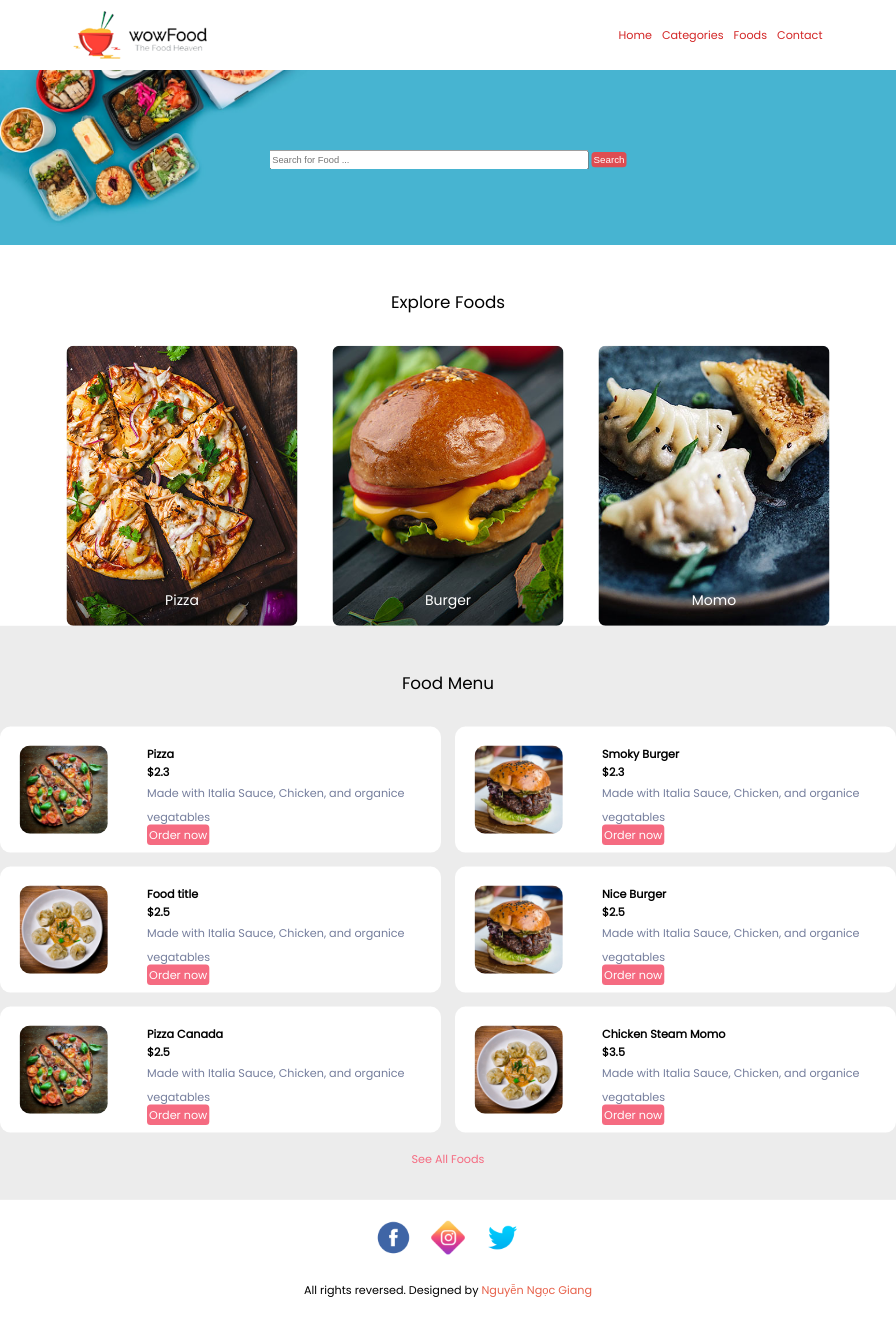
Repository: ruaruababa/WowFood
Page: index.html
An editor plug-in stored every save of this project. The page is shown before and after the next save, followed by the edit.
The browser window is 1280 px wide. The pictures show the whole page, at 70% of full size.

Above is the page before, as saved 2021-09-18 11:16:33.

### index.html
<!DOCTYPE html>
<html lang="en">

<head>
    <meta charset="UTF-8" />
    <meta http-equiv="X-UA-Compatible" content="IE=edge" />
    <meta name="viewport" content="width=device-width, initial-scale=1.0" />
    <title>Document</title>
    <link rel="stylesheet" href="./style.css" />
    <link rel="stylesheet" href="./reset.css" />
    <link rel="preconnect" href="https://fonts.googleapis.com" />
    <link rel="preconnect" href="https://fonts.gstatic.com" crossorigin />
    <link href="https://fonts.googleapis.com/css2?family=Poppins:wght@400&display=swap" rel="stylesheet" />
</head>

<body>
    <header>
        <div class="container-header">
            <div class="header-left">
                <img src="./img/logo.png" alt="" />
            </div>
            <div class="header-right">
                <ul class="nav">
                    <li class="item"><a href="">Home</a></li>
                    <li class="item"><a href="">Categories</a></li>
                    <li class="item"><a href="">Foods</a></li>
                    <li class="item"><a href="">Contact</a></li>
                </ul>
            </div>
        </div>
    </header>
    <nav>
        <div class="container-nav">
            <div class="background-search">
                <img src="./img/bg.jpg" alt="bgr-search" />
            </div>
            <div class="form">
                <input type="text" placeholder="Search for Food ..." class="input-search" />
                <!-- <button class="btn-search">Search</button> -->
                <input type="button" value="Search" class="btn-search" />
            </div>
        </div>
    </nav>
    <section>
        <div class="container-section">
            <div class="explore-food">Explore Foods</div>
            <div class="collection-food">
                <ul class="list-food">
                    <li class="item"><img src="./img/pizza.jpg" alt="" /><span>Pizza</span></li>
                    <li class="item"><img src="./img/burger.jpg" alt="" /><span>Burger</span></li>
                    <li class="item"><img src="./img/momo.jpg" alt="" /><span>Momo</span></li>
                </ul>
            </div>
        </div>
    </section>
    <article>
        <div class="container-article">
            <div class="title-food-menu">Food Menu</div>
            <div class="container-menu">
                <div class="container-item">
                    <img src="./img/menu-pizza.jpg" alt="" class="bgr-item" />
                    <div class="item-content">
                        <h6 class="title-item">Pizza</h6>
                        <span class="price-item">$2.3</span>
                        <p class="des-item">
                            Made with Italia Sauce, Chicken, and organice vegatables
                        </p>
                        <a href="" class="oder-item">Order now</a>
                    </div>
                </div>
                <div class="container-item">
                    <img src="./img/menu-burger.jpg" alt="" class="bgr-item" />
                    <div class="item-content">
                        <h6 class="title-item">Smoky Burger</h6>
                        <span class="price-item">$2.3</span>
                        <p class="des-item">
                            Made with Italia Sauce, Chicken, and organice vegatables
                        </p>
                        <a href="" class="oder-item">Order now</a>
                    </div>
                </div>
                <div class="container-item">
                    <img src="./img/menu-momo.jpg" alt="" class="bgr-item" />
                    <div class="item-content">
                        <h6 class="title-item">Food title</h6>
                        <span class="price-item">$2.5</span>
                        <p class="des-item">
                            Made with Italia Sauce, Chicken, and organice vegatables
                        </p>
                        <a href="" class="oder-item">Order now</a>
                    </div>
                </div>
                <div class="container-item">
                    <img src="./img/menu-burger.jpg" alt="" class="bgr-item" />
                    <div class="item-content">
                        <h6 class="title-item">Nice Burger</h6>
                        <span class="price-item">$2.5</span>
                        <p class="des-item">
                            Made with Italia Sauce, Chicken, and organice vegatables
                        </p>
                        <a href="" class="oder-item">Order now</a>
                    </div>
                </div>
                <div class="container-item">
                    <img src="./img/menu-pizza.jpg" alt="" class="bgr-item" />
                    <div class="item-content">
                        <h6 class="title-item">Pizza Canada</h6>
                        <span class="price-item">$2.5</span>
                        <p class="des-item">
                            Made with Italia Sauce, Chicken, and organice vegatables
                        </p>
                        <a href="" class="oder-item">Order now</a>
                    </div>
                </div>
                <div class="container-item">
                    <img src="./img/menu-momo.jpg" alt="" class="bgr-item" />
                    <div class="item-content">
                        <h6 class="title-item">Chicken Steam Momo</h6>
                        <span class="price-item">$3.5</span>
                        <p class="des-item">
                            Made with Italia Sauce, Chicken, and organice vegatables
                        </p>
                        <a href="" class="oder-item">Order now</a>
                    </div>
                </div>
            </div>
            <div class="footer-food-menu">
                <a href="#" class="see-all-foods">See All Foods</a>
            </div>
        </div>
    </article>
    <footer>
        <div class="container-footer">
            <div class="social-network-icon">
                <div class="icon-fb">
                    <a href="https://www.facebook.com/WowFoodPage"><img src="./img/facebook_icon-icons.com_59205.png"
                            alt="" /></a>
                </div>
                <div class="icon-insta">
                    <a href="https://www.instagram.com/wowfoodrus/"><img src="./img/intsa-icon.png" alt="" /></a>
                </div>
                <div class="icon-twitter">
                    <a href="https://twitter.com/WOWFoodPics"><img src="./img/twitter_socialnetwork_20007.png"
                            alt="" /></a>
                </div>
            </div>
            <div class="license">
                <p>
                    All rights reversed. Designed by <a href="">Nguyễn Ngọc Giang</a>
                </p>
            </div>
        </div>
    </footer>
</body>

</html>

### style.css
.container-header {
    display: flex;
    justify-content: space-between;
    align-items: center;
    margin-top: 15px;
    width: 100%;
}

.header-left {
    display: flex;
    margin-left: 100px;
}

.header-left img {}

.name-brand {
    margin-top: 50%;
}

.header-right {
    font-family: "Poppins", sans-serif;
    margin-right: 100px;
}

.nav {
    list-style: none;
}

.nav li {
    display: inline;
    padding-left: 10px;
    transition: .2s all;
    padding: 5px;
}

.nav li a {
    text-decoration: none;
    color: rgb(211, 38, 38);
}

.nav:hover .item {
    filter: blur(3px);
    opacity: .5;
    transform: scale(.98);
    box-shadow: none;
}

.nav:hover .item:hover {
    transform: scale(1);
    filter: blur(0px);
    opacity: 1;
    box-shadow: 0 8px 20px 0px rgba(0, 0, 0, 0.125);
    border-radius: 5px;
}


nav {
    position: relative;
    max-width: 100%;
    max-height: 100%;
    height: 250px;
}

.container-nav {
    text-align: center;
    margin-top: 15px;
}

.background-search {
    height: 250px;
}

.background-search img {
    height: inherit;
    width: 100%;
    object-fit: cover;
}

.form {
    width: 100%;
    position: absolute;
    top: 50%;
    left: 50%;
    transform: translate(-50%, -50%);
    height: 22px;
}

.input-search {
    width: 35%;
    height: inherit;
}

.btn-search {
    background-color: rgba(250, 59, 59, 0.849);
    border: none;
    border-radius: 5px;
    font-size: 14px;
    color: white;
    cursor: pointer;
    padding: 3px;
}

section {
    position: relative;
}

.explore-food {
    padding-top: 70px;
    text-align: center;
    font-size: 24px;
    font-family: "Poppins", sans-serif;
}

.list-food {
    margin-top: 50px;
    display: flex;
    justify-content: center;
    column-gap: 50px;
}

.list-food li {
    width: 330px;
    height: 400px;
    transition: .2s all;
}

.list-food li:hover {
    transform: scale(1.1);
}

.list-food li img {
    width: 100%;
    height: 100%;
    object-fit: cover;
    border-radius: 10px;
}

.list-food li span {
    font-family: "Poppins", sans-serif;
    display: block;
    font-size: 20px;
    text-align: center;
    color: #ffffff;
    margin-top: -50px;
}

article {
    background-color: #ececec;
}

.title-food-menu {
    padding-top: 70px;
    font-size: 24px;
    text-align: center;
    font-family: "Poppins", sans-serif;
}

.container-menu {
    padding-top: 50px;
    display: grid;
    grid-gap: 20px;
    grid-template-columns: repeat(auto-fit, minmax(550px, 1fr));
    grid-auto-rows: 180px;
    justify-items: center;
    font-family: "Poppins", sans-serif;
}

.container-item:nth-child(odd) {
    justify-self: end;
}

.container-item:nth-child(even) {
    justify-self: start;
}

.container-item {
    background-color: #ffffff;
    display: flex;
    align-items: center;
    border-radius: 15px;
}

.container-item img {
    width: 25%;
    height: 70%;
    object-fit: cover;
    border-radius: 15px;
    margin: 0 28px;
}

.container-item .item-content {
    width: 100%;
    height: 70%;
    object-fit: cover;
    border-radius: 15px;
    margin: 0 28px;
}

.item-content {
    display: inline-block;
}

.title-item {
    font-size: 16px;
    font-weight: bold;
    line-height: 25px;
}

.price-item {
    line-height: 25px;
    font-weight: bold;
}

.des-item {
    line-height: 35px;
    color: #747d9c;
}

.oder-item {
    text-decoration: none;
    background-color: #f56b81;
    color: white;
    border-radius: 5px;
    padding: 3px;
}

.footer-food-menu {
    margin-top: 30px;
}

.see-all-foods {
    display: block;
    text-align: center;
    text-decoration: none;
    color: #f56b81;
    padding-bottom: 50px;
    font-family: "Poppins", sans-serif;
    transition: .2s all;
}

.see-all-foods:hover{
    text-decoration: underline;
    transform: scale(1.1);
}

.social-network-icon {
    display: flex;
    justify-content: center;
    margin-top: 30px;
}

.icon-insta {
    margin: 0 30px;
}

.license {
    margin-top: 40px;
    margin-bottom: 30px;
    font-family: "Poppins", sans-serif;
}

.license p {
    text-align: center;
}

.license p a {
    text-decoration: none;
    color: #e7614a;
}

Loaded but not shown: reset.css (common file)

After the next save:
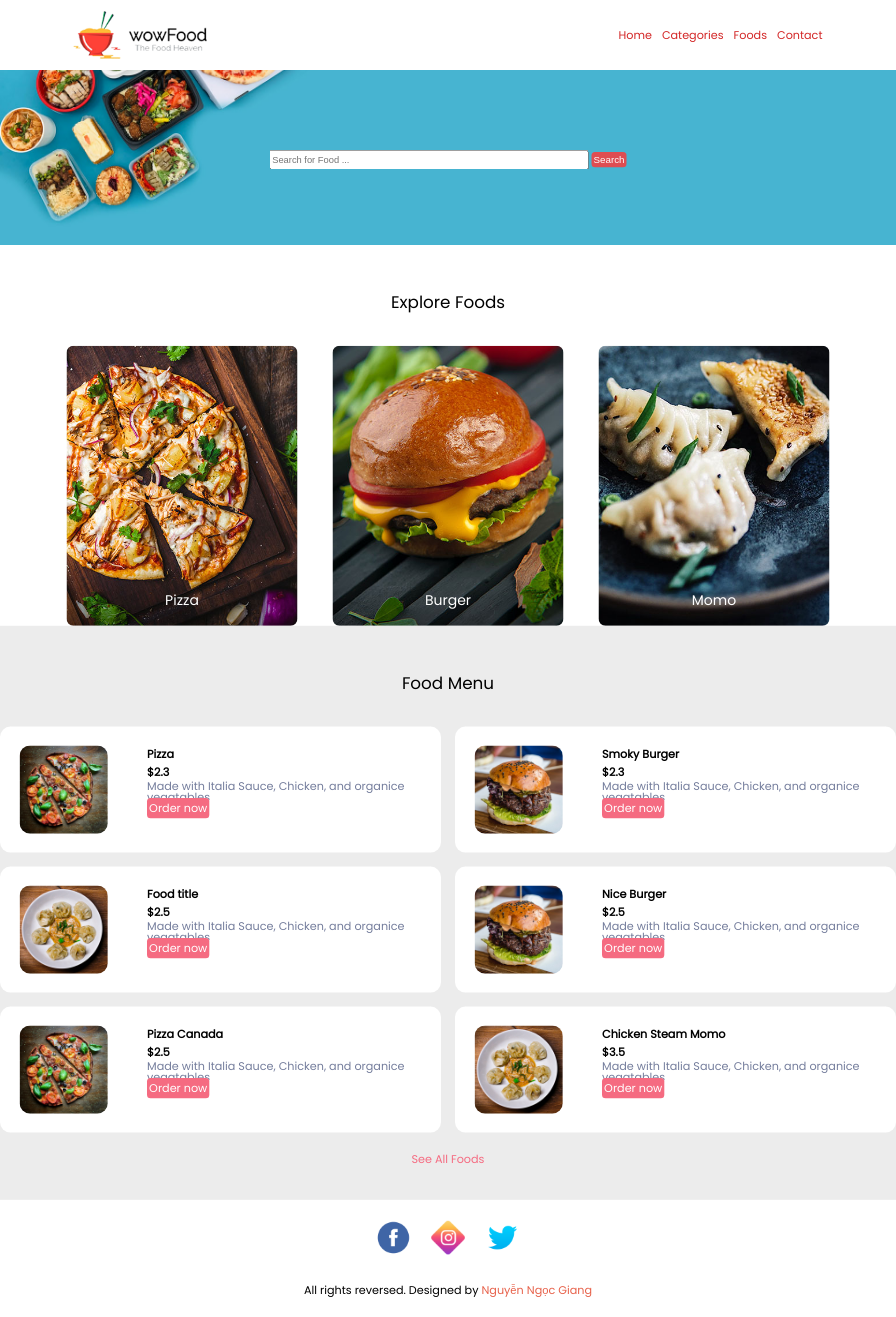
Saved 50 s later.
--- a/style.css
+++ b/style.css
@@ -212,7 +212,6 @@
 }
 
 .des-item {
-    line-height: 35px;
     color: #747d9c;
 }
 

After the save that followed:
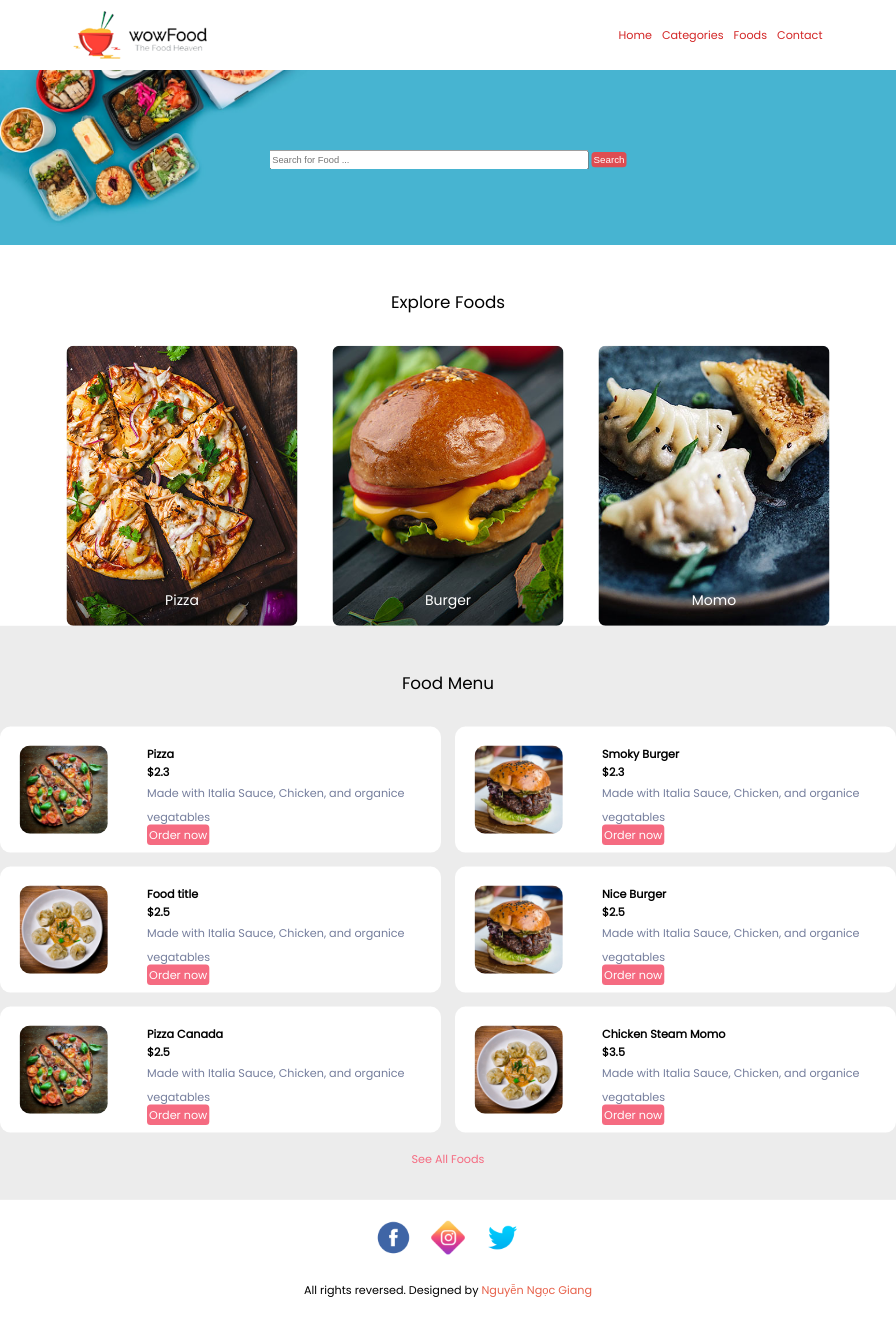
Saved 4 s later.
--- a/style.css
+++ b/style.css
@@ -212,6 +212,7 @@
 }
 
 .des-item {
+    line-height: 35px;
     color: #747d9c;
 }
 
